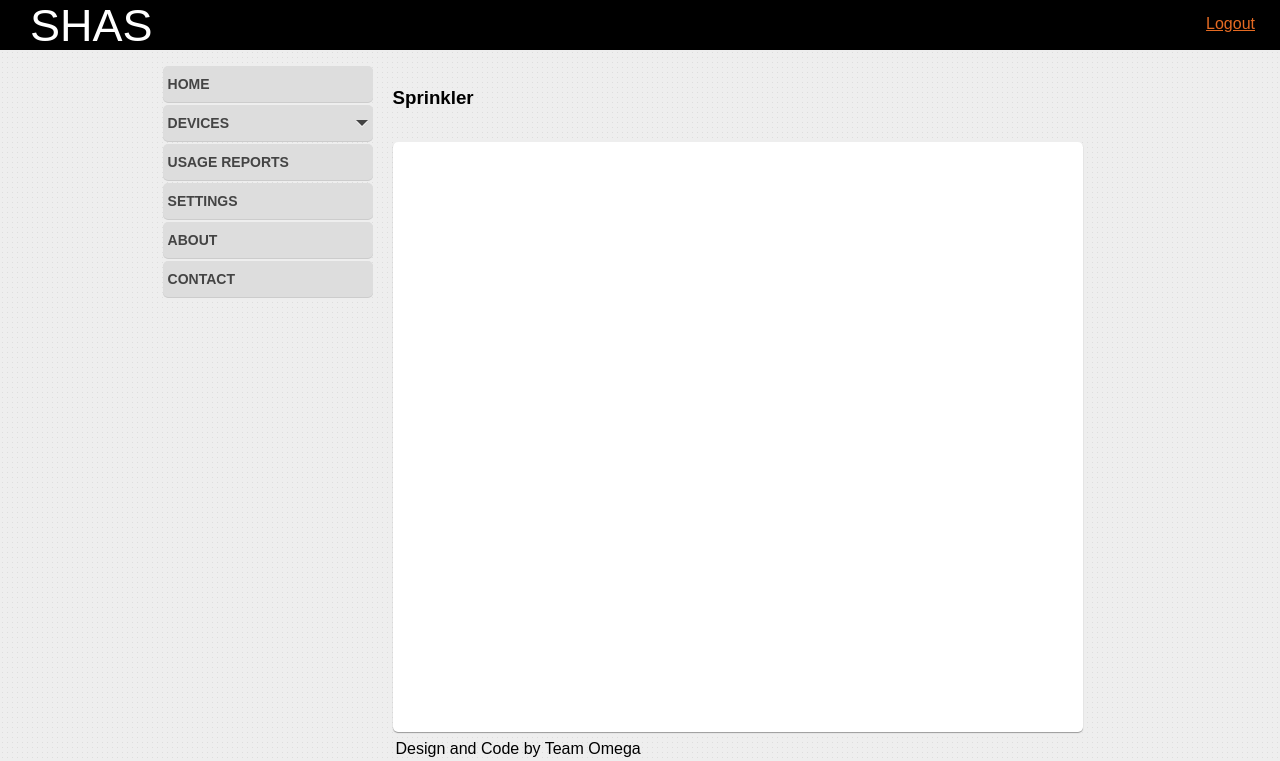
Repository: hassan-stash/shas
Page: http://localhost/SHAS/SprinklerGUI.jsp
These files come from the project's save history. The page is drawn as it stood at one moment and after the next save; the edit follows.
The browser window is 1280 px wide. The pictures show the whole page.
Some web fonts or font styles are not loaded; a fallback is used. The page is served by Tomcat 9. The template is opened directly, without the code that normally fills it, so the values that code supplies are empty.

Above is the page before, as saved 2013-04-07 00:14:04.
Console error: TypeError: Cannot read properties of undefined (reading 'timepicker')

After the next save:
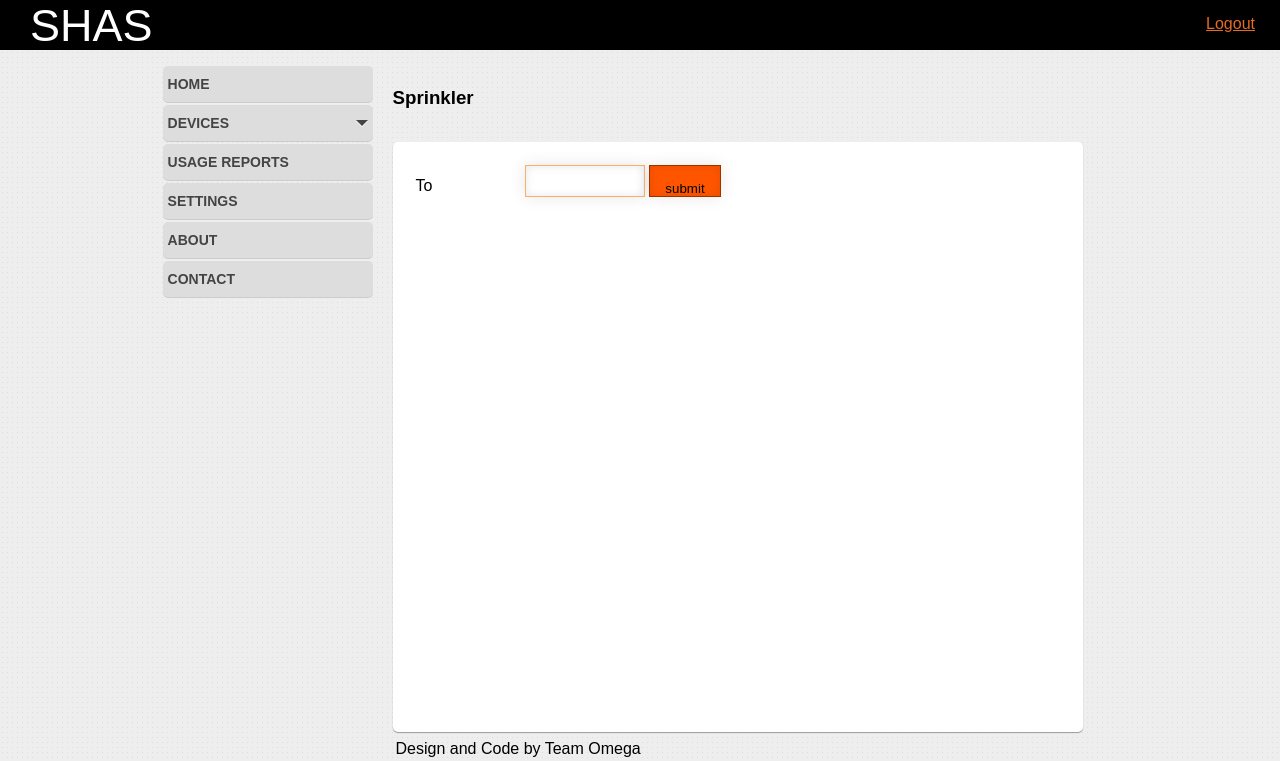
Saved 17 s later.
--- a/SHAS/WebContent/SprinklerGUI.jsp
+++ b/SHAS/WebContent/SprinklerGUI.jsp
@@ -837,7 +837,17 @@ button:hover {
 <div>
 
 <article>
-
+<table border="0">
+	<tr>
+		<td>To &nbsp;&nbsp;&nbsp;&nbsp;&nbsp;&nbsp;&nbsp;&nbsp;&nbsp;&nbsp;&nbsp;&nbsp;&nbsp;&nbsp;&nbsp;&nbsp;&nbsp;&nbsp;&nbsp;</td>
+		<td><input type="text" id="fromDate" name="fromDate"
+			value="" class="dateinput" /></td>
+			<td><input type="submit" id="btnSchedule" name="btnSchedule"
+			value="submit" class="buttonorange " /></td>
+
+	</tr>
+
+</table>
 
 
 </article>
